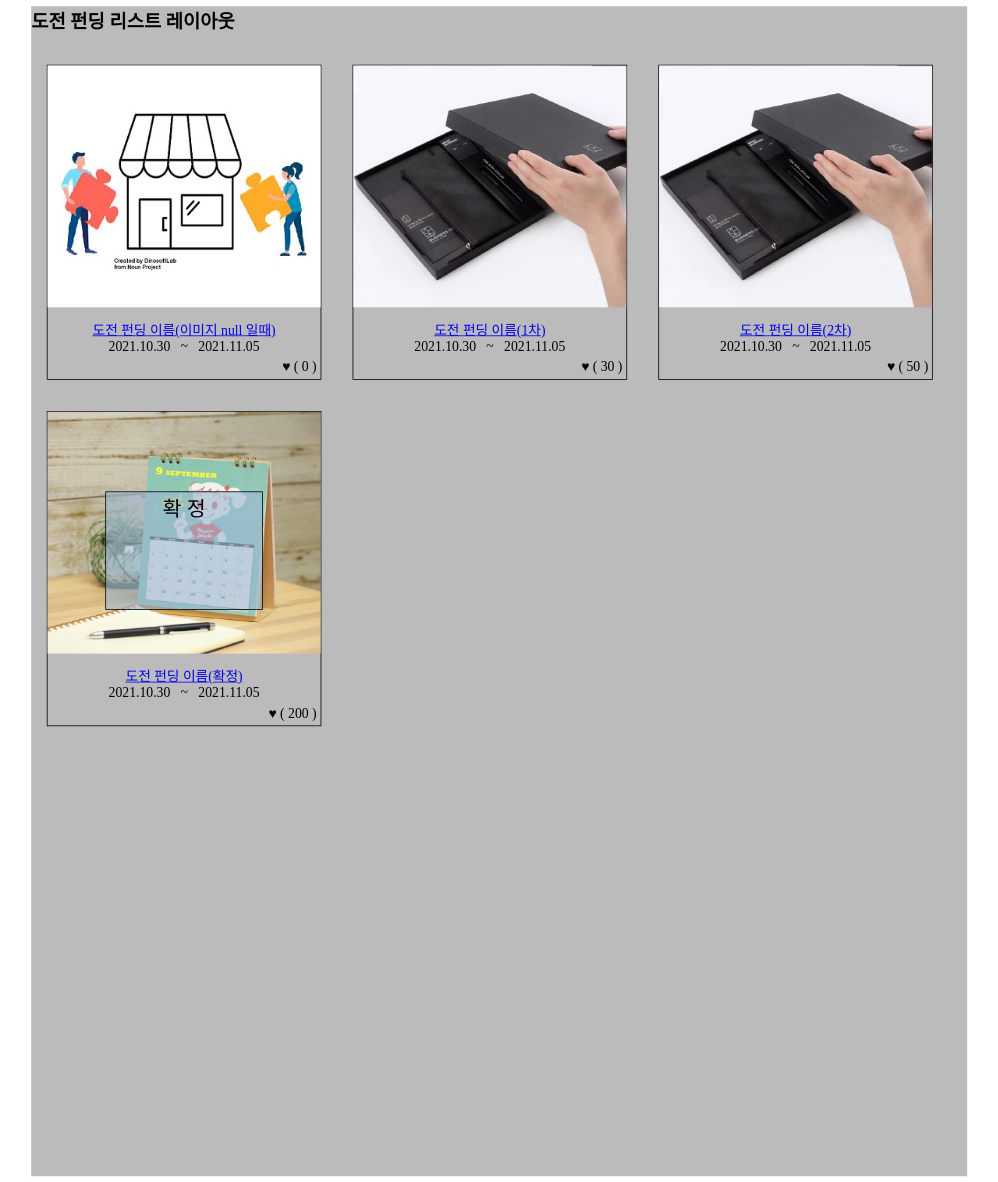
Repository: GroundPark/team6
Page: http://localhost/lefthand/page/product/chal_funding_list.jsp
These files come from the project's save history. The page is drawn as it stood at one moment and after the next save; the edit follows.
The browser window is 1280 px wide. The pictures show the whole page, at 78% of full size.
The page is served by Tomcat 9.

Above is the page before, as saved 2021-11-20 18:05:38.

After the next save:
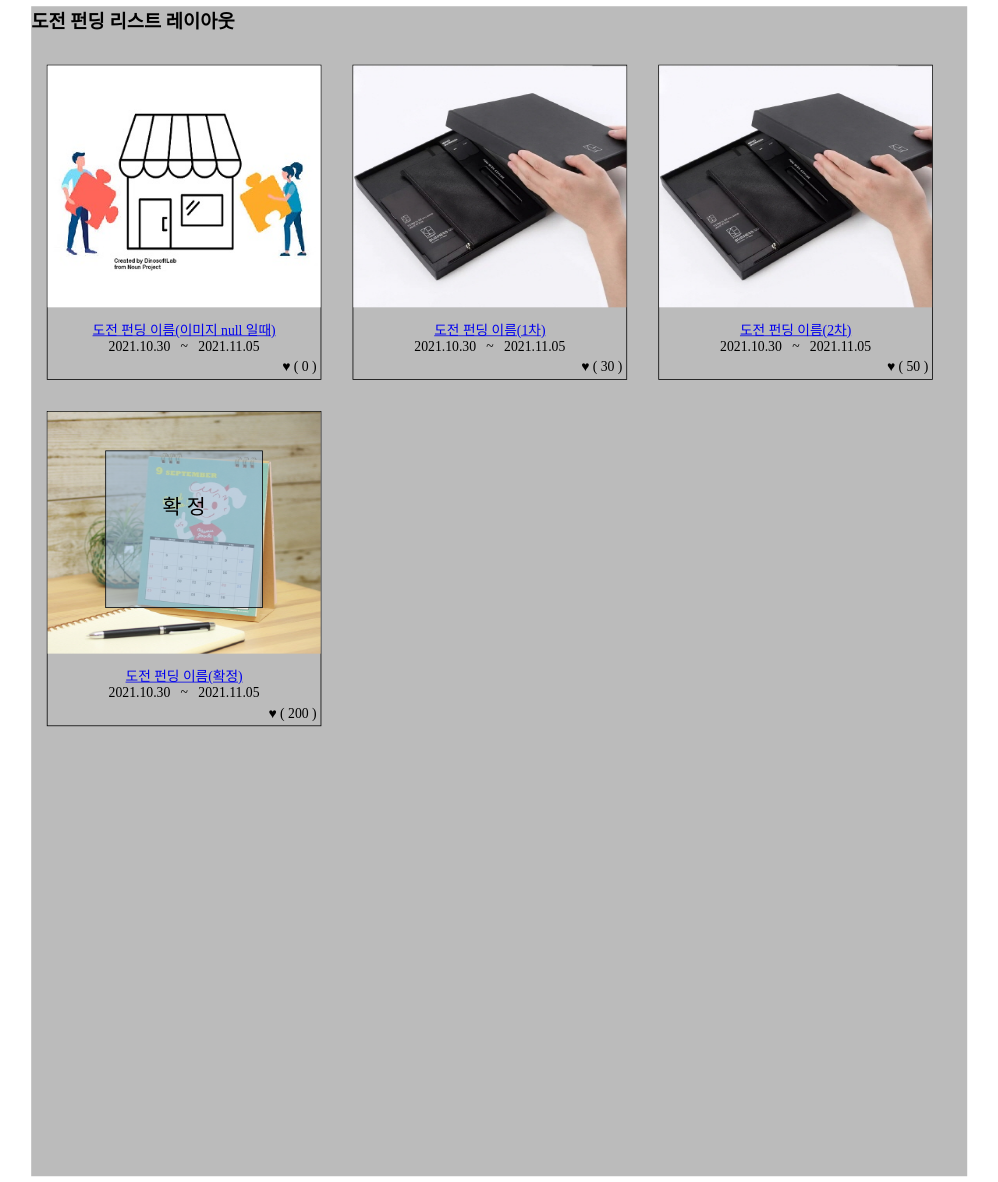
Saved 12 s later.
--- a/lefthand/WebContent/page/product/chal_funding_list.jsp
+++ b/lefthand/WebContent/page/product/chal_funding_list.jsp
@@ -24,7 +24,7 @@
 	border:1px black solid;
 	text-align:center;
 	font-size:1.5em;
-	margin-top:15px;
+	padding-top:50px;
 }
 </style>
 
